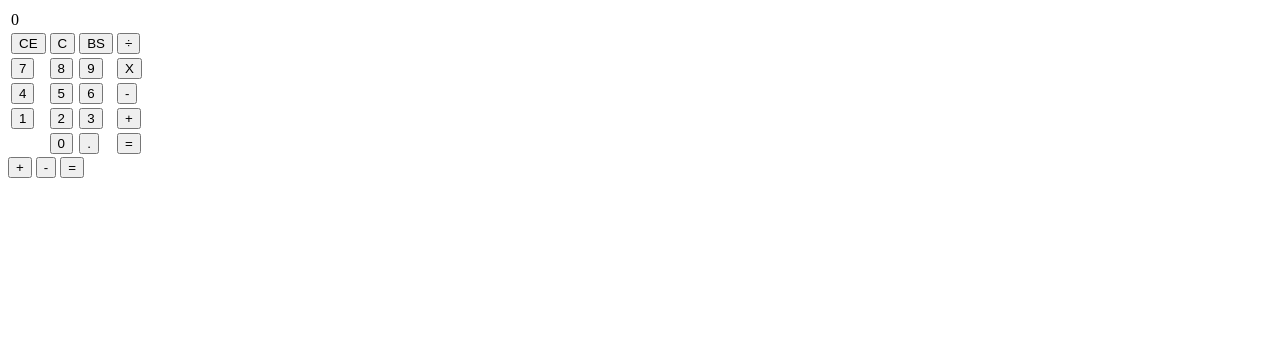
Repository: Dabee-ee/JAVA-lesson2
Page: Personal/JSPPrj/WebContent/calc3.html
The author's editor kept a copy of each file at every save. The page is drawn from the files as they stood at one save, then again after the next save.
The browser window is 1280 px wide. The pictures show the whole page.

Above is the page before, as saved 2021-03-13 06:28:58.

After the next save:
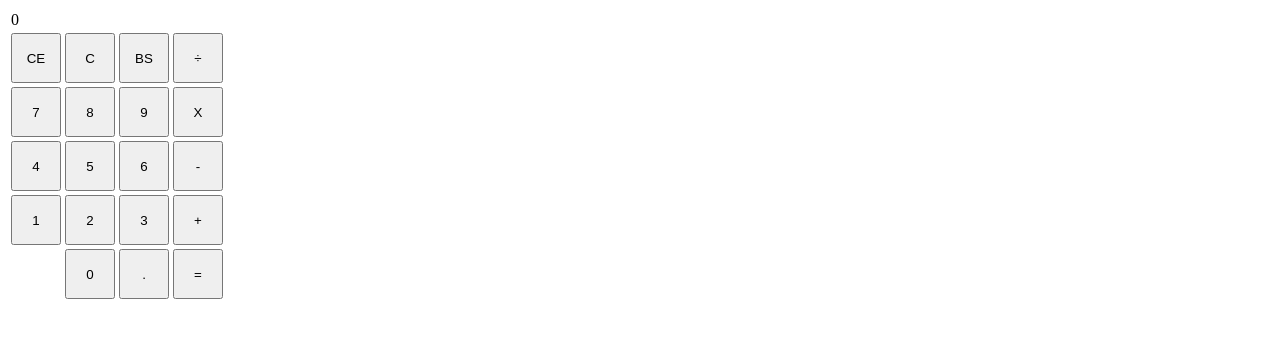
Saved 67 s later.
--- a/Personal/JSPPrj/WebContent/calc3.html
+++ b/Personal/JSPPrj/WebContent/calc3.html
@@ -3,6 +3,12 @@
 <head>
 <meta charset="UTF-8">
 <title>Insert title here</title>
+<style>
+input {
+width : 50px;
+height : 50px;
+}
+</style>
 </head>
 <body>
 	<div>
@@ -12,47 +18,37 @@
 				<tr>
 					<td colspan="4">0</td>
 				</tr>
-								<tr>
+				<tr>
 					<td><input type="submit" name="operator" value="CE" /></td>
 					<td><input type="submit" name="operator" value="C" /></td>
 					<td><input type="submit" name="operator" value="BS" /></td>
 					<td><input type="submit" name="operator" value="÷" /></td>
 				</tr>
-								<tr>
+				<tr>
 					<td><input type="submit" name="operator" value="7" /></td>
 					<td><input type="submit" name="operator" value="8" /></td>
 					<td><input type="submit" name="operator" value="9" /></td>
 					<td><input type="submit" name="operator" value="X" /></td>
 				</tr>
-								<tr>
+				<tr>
 					<td><input type="submit" name="operator" value="4" /></td>
 					<td><input type="submit" name="operator" value="5" /></td>
 					<td><input type="submit" name="operator" value="6" /></td>
 					<td><input type="submit" name="operator" value="-" /></td>
 				</tr>
-								<tr>
+				<tr>
 					<td><input type="submit" name="operator" value="1" /></td>
 					<td><input type="submit" name="operator" value="2" /></td>
 					<td><input type="submit" name="operator" value="3" /></td>
 					<td><input type="submit" name="operator" value="+" /></td>
 				</tr>
-								<tr>
+				<tr>
 					<td></td>
 					<td><input type="submit" name="operator" value="0" /></td>
 					<td><input type="submit" name="operator" value="." /></td>
 					<td><input type="submit" name="operator" value="=" /></td>
 				</tr>
-
-
-
 			</table>
-
-			<div>
-			<input type="submit" name="operator" value="+" />
-			<input type="submit" name="operator" value="-" />
-			<input type="submit" name="operator" value="=" />
-			</div>
-
 		</form>
 	</div>
 </body>
